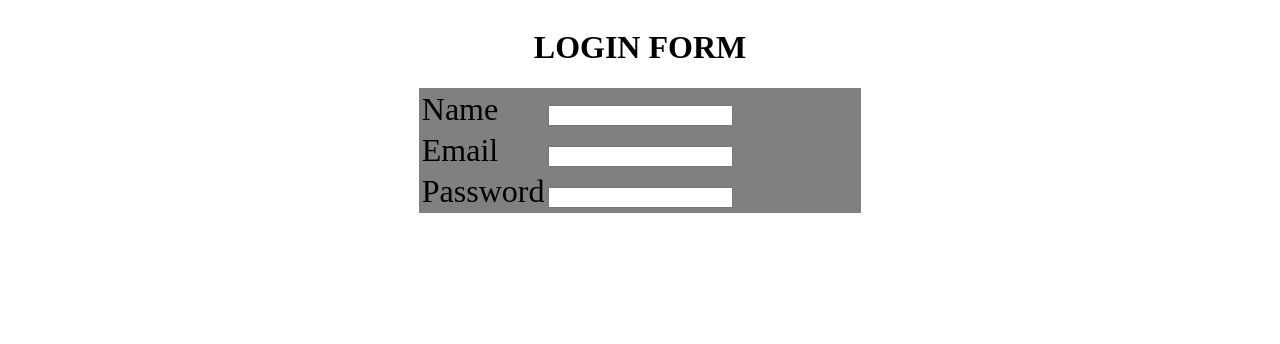
Repository: obusakthi539/Loginform
Page: Login.html
The author's editor kept a copy of each file at every save. The page is drawn from the files as they stood at one save, then again after the next save.
The browser window is 1280 px wide. The pictures show the whole page.

Above is the page before, as saved 2025-01-10 18:00:48.

### Login.html
<!DOCTYPE html>
<html lang="en">
<head>
    <meta charset="UTF-8">
    <meta name="viewport" content="width=device-width, initial-scale=1.0">
    <title>Document</title>
    <style>
        body{
             display: flex;
             flex-direction:column;
             align-items: center;
             justify-content: center;
        }
        .a{
            background-color:gray;
            font-size: xx-large;
            width: 35%;


        }
    </style>
</head>
<body>

    <h1>LOGIN FORM</h1>
    <div class="a">
        <form action=""></form>
        <table>
            <tr>
                <td> <label for="">Name</label></td>
                <td><input type="text"></td>
            </tr>
            <tr>
                <td><label for="">Email</label></td>
                <td><input type="text"></td>
            </tr>
            <tr>
                <td> <label for="">Password</label></td>
                <td><input type="text"></td>
            </tr>
        </table>
    </div>
</body>
</html>

After the next save:
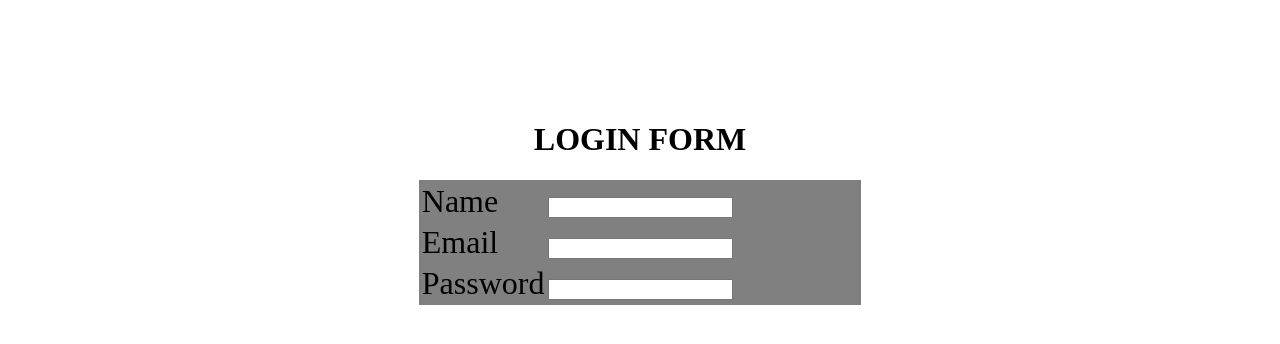
Saved 4 s later.
--- a/Login.html
+++ b/Login.html
@@ -10,6 +10,7 @@
              flex-direction:column;
              align-items: center;
              justify-content: center;
+             margin-top: 100px;
         }
         .a{
             background-color:gray;
